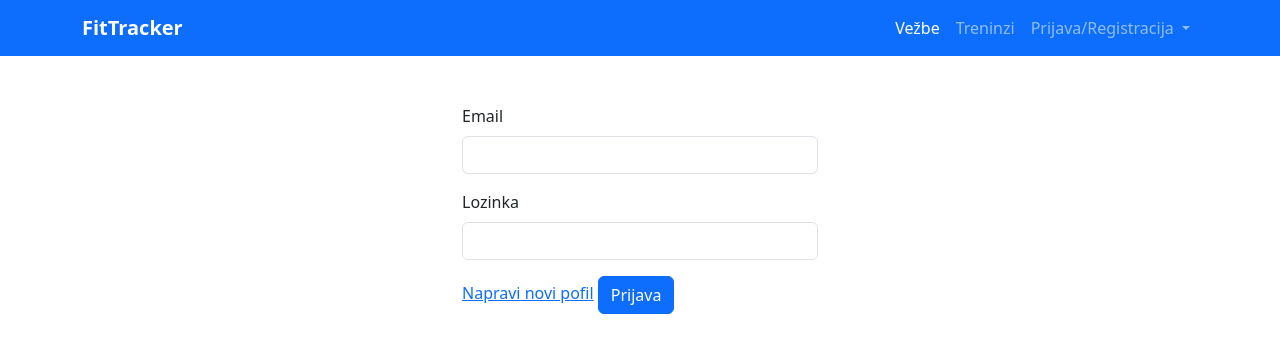
Repository: M1K1B/FitTracker
Page: http://localhost/FitTrackerWeb/login.jsp
The author's editor kept a copy of each file at every save. The page is drawn from the files as they stood at one save, then again after the next save.
The browser window is 1280 px wide. The pictures show the whole page.
The page is served by Tomcat 9.

Above is the page before, as saved 2024-01-31 14:41:07.

After the next save:
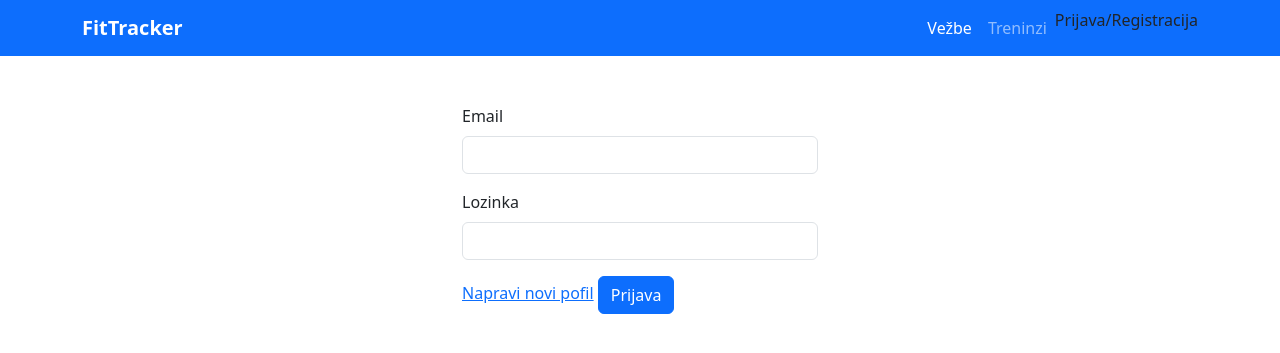
Saved 53 s later.
--- a/FitTrackerWeb/src/main/webapp/header.jsp
+++ b/FitTrackerWeb/src/main/webapp/header.jsp
@@ -31,16 +31,16 @@
 						aria-current="page" href="/FitTracker/vezbe/sveVezbe">Vežbe</a></li>
 					<li class="nav-item"><a class="nav-link"
 						href="/FitTracker/treninzi/sviTreninzi">Treninzi</a></li>
-					<li class="nav-item dropdown">
+					<c:if test="${authentificatedUser == null}">
+						Prijava/Registracija
+					</c:if>
+					<c:if test="${authentificatedUser != null}">
+						<li class="nav-item dropdown">
 					<a
 						class="nav-link dropdown-toggle" href="#" role="button"
 						data-bs-toggle="dropdown" aria-expanded="false">
-						<c:if test="${authentificatedUser == null}">
-							Prijava/Registracija
-						</c:if>
-						<c:if test="${authentificatedUser != null}">
-							authentificatedUser.getName()
-						</c:if>
+
+						authentificatedUser.getName()
 					</a>
 						<ul class="dropdown-menu">
 							<li><a class="dropdown-item"
@@ -51,6 +51,8 @@
 							<li><a class="dropdown-item text-danger"
 								href="/FitTracker/logout">Izlogujte se</a></li>
 						</ul></li>
+					</c:if>
+
 			</div>
 		</div>
 	</nav>
